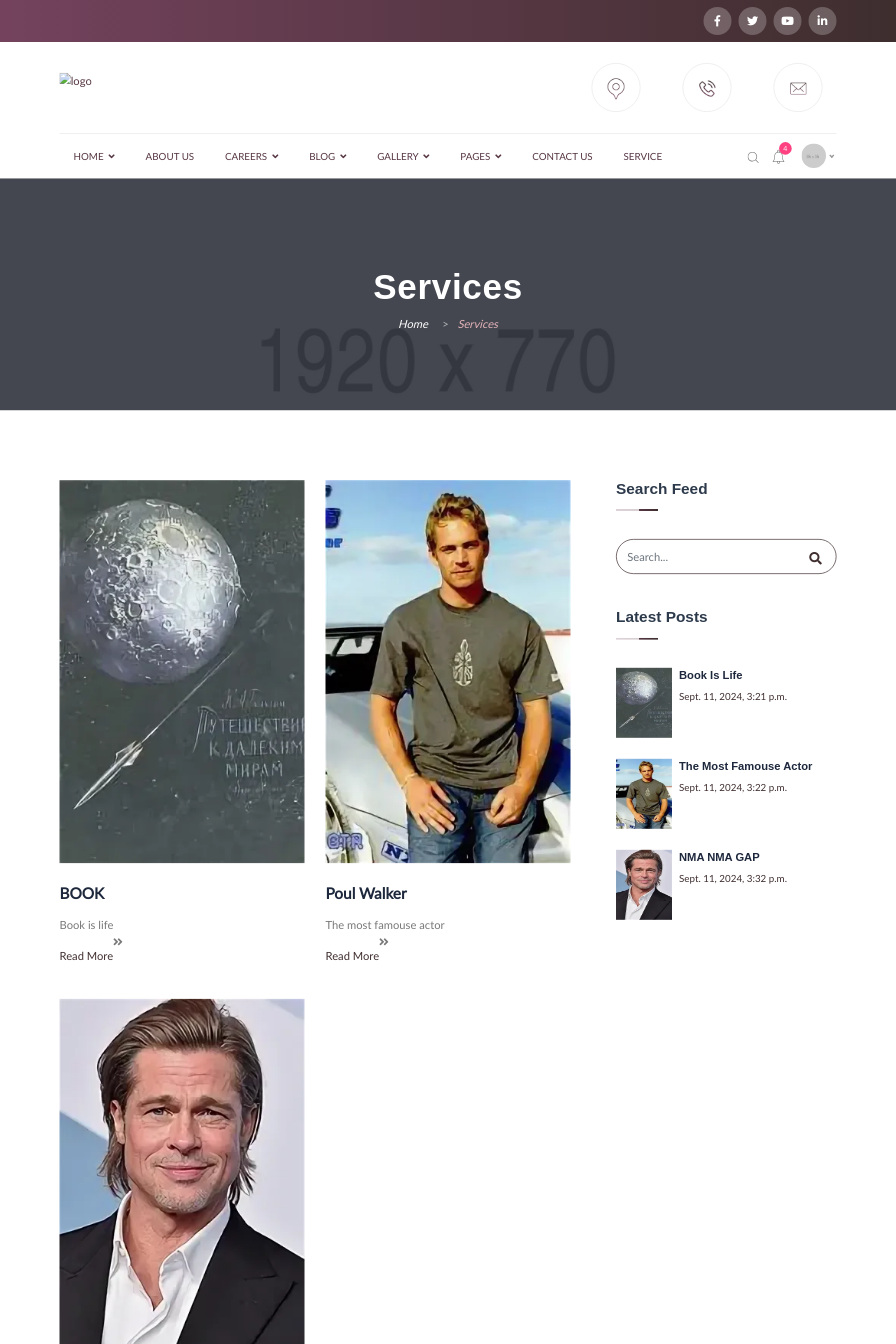
Repository: maqsudov0371/vazifa7oy10dars
Page: http://localhost/service/
These files come from the project's save history. The page is drawn as it stood at one moment and after a run of saves; the edit follows.
The browser window is 1280 px wide. The pictures show the part of the page from y = 0 to 1920 px (the page is 3012 px tall), at 70% of full size.
Some web fonts or font styles are not loaded; a fallback is used. The page is served by the project's application, run on Django 4.2 (manage.py). The page reads the database file committed with the project. Queries for data that is not in the repository find no rows.

Above is the page before, as saved 2024-09-11 15:38:22.
Console error: TypeError: Cannot read properties of undefined (reading 'left')

After the next 5 saves:
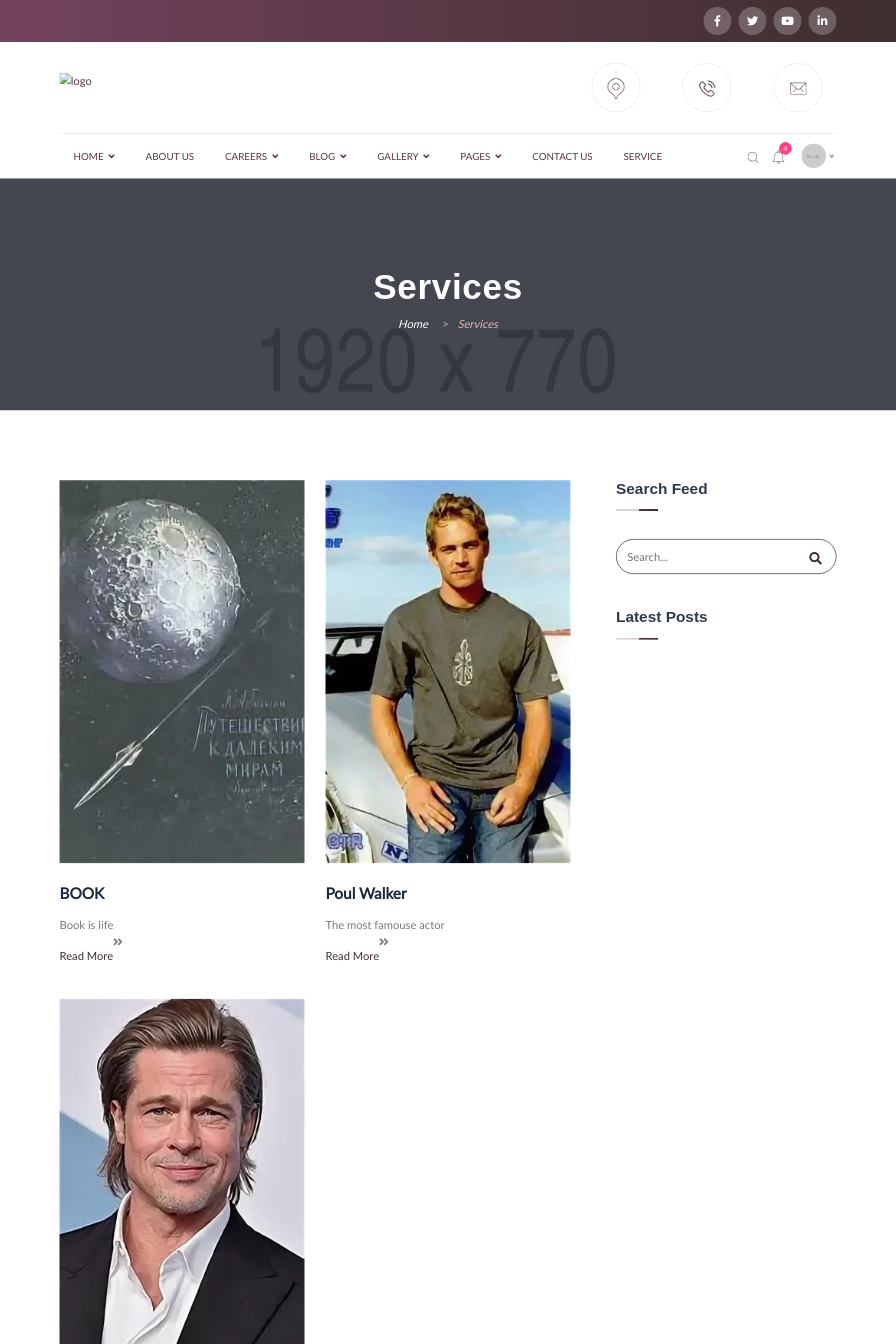
The 5 saves are shown as one change because 3 did not build or start and some came seconds apart.
The last was saved 2 min 6 s later.
--- a/main/templates/main/service.html
+++ b/main/templates/main/service.html
@@ -77,7 +77,7 @@
                         <div class="widget_heading">
                             <h2>Latest Posts</h2>
                         </div>
-                        {% for last in services %}
+                        {% for last in last_service %}
                             <div class="blog_wrapper22 float_left">
                                 <div class="blog_image">
                                     <img src="{{ last.image.url }}" class="img-responsive" alt="blog_img1" style="height: 100px; width: 80px;" />
--- a/main/views.py
+++ b/main/views.py
@@ -167,14 +167,14 @@
     def get(self, request):
 
         services = Service.objects.all()
-        last_service = Service.objects.latest('id')
+        latest_service = Service.objects.latest('id')
         header = Header.objects.first()
         header_images = HeaderImage.objects.filter(header=header)
 
         context = {
             "services": services,
             "header": header,
-            "last_service": last_service,
+            "lastes_service": latest_service,
             "header_images": header_images
         }
         return render(request, "main/service.html", context)

After the 6 saves that followed:
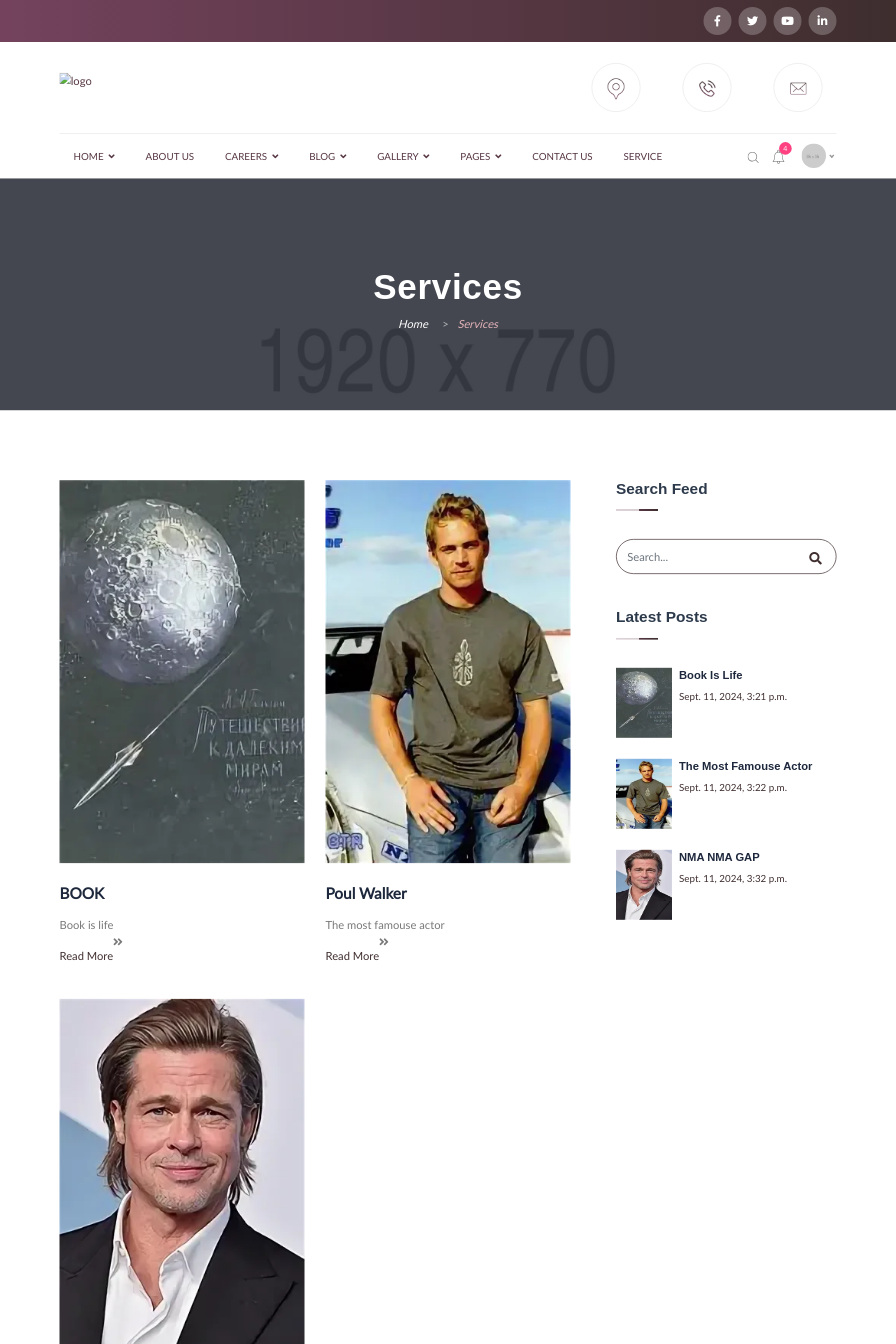
The 6 saves are shown as one change because 3 did not build or start and 1 left the picture as it was and some came seconds apart.
The last was saved 3 min 7 s later.
--- a/main/templates/main/service.html
+++ b/main/templates/main/service.html
@@ -77,17 +77,18 @@
                         <div class="widget_heading">
                             <h2>Latest Posts</h2>
                         </div>
-                        {% for last in last_service %}
-                            <div class="blog_wrapper22 float_left">
-                                <div class="blog_image">
-                                    <img src="{{ last.image.url }}" class="img-responsive" alt="blog_img1" style="height: 100px; width: 80px;" />
-                                </div>
-                                <div class="blog_text">
-                                    <h5><a href="#">{{ last.content }}</a></h5>
-                                    <div class="blog_date">{{ last.created_at }}</div>
-                                </div>
+                        {% for service in services %}
+                        <div class="blog_wrapper22 float_left">
+                            <div class="blog_image">
+                                <img src="{{ service.image.url }}" class="img-responsive" alt="blog_img1" style="height: 100px; width: 80px;" />
                             </div>
-                        {% endfor %}
+                            <div class="blog_text">
+                                <h5><a href="#">{{ service.content }}</a></h5>
+                                <div class="blog_date">{{ service.created_at }}</div>
+                            </div>
+                        </div>
+                    {% endfor %}
+
                     </div>
 
 
--- a/main/views.py
+++ b/main/views.py
@@ -170,12 +170,14 @@
         latest_service = Service.objects.latest('id')
         header = Header.objects.first()
         header_images = HeaderImage.objects.filter(header=header)
+        image_url = latest_service.image.url
 
         context = {
             "services": services,
             "header": header,
-            "lastes_service": latest_service,
-            "header_images": header_images
+            "latest_service": latest_service,
+            "header_images": header_images,
+            "image_url": image_url,
         }
         return render(request, "main/service.html", context)
 
